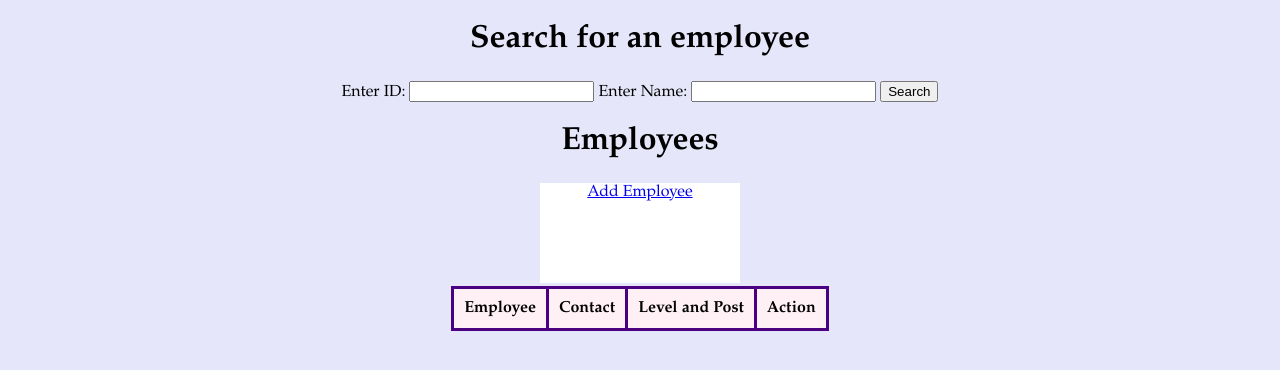
Repository: P9-Analyst-Java/employee-management-abhishekdatta12
Page: http://localhost/spring-expense-tracker/WEB-INF/views/home.jsp
The author's editor kept a copy of each file at every save. The page is drawn from the files as they stood at one save, then again after the next save.
The browser window is 1280 px wide. The pictures show the whole page.
The page is served by Tomcat 9. Nobody is signed in. Other server files are loaded and not shown. The template is opened directly, without the code that normally fills it, so the values that code supplies are empty.

Above is the page before, as saved 2023-02-21 05:28:17.

### spring-portal/spring-expense-tracker/src/main/webapp/WEB-INF/views/home.jsp
<%@ page language="java" isELIgnored="false" contentType="text/html; charset=ISO-8859-1"
    pageEncoding="UTF-8"%>
<%@ taglib prefix="c" uri="http://java.sun.com/jsp/jstl/core"%>
<%@ taglib prefix="form" uri="http://www.springframework.org/tags/form" %>
<c:set var="contextRoot" value="${pageContext.request.contextPath}"/>
<!DOCTYPE html>
<html>
<head>
<style type="text/css">
body{
	font-family: garamond;
	font-size: 16px;
	text-align: center;
	background-color: lavender;
}
div{
	background-color: white;
	margin-left: auto;
  	margin-right: auto;
  	width: 200px;
  	height: 100px;

}

table, th, td{

	text-align: center;
	border: 3px solid indigo;
	border-collapse: collapse;
	padding: 3px;
	margin: 3px;
}
table{
	margin-left: auto;
  	margin-right: auto;
  	background-color: lavenderblush;
}
td{
text-align: center;
background-color: lightcyan;
}
th, td{
	padding: 10px;
}
</style>
<meta charset="ISO-8859-1">
<title>Home</title>
</head>
<body>
	<h1>Search for an employee</h1>

	<form action="${contextRoot}/search" method="post">
	Enter ID: <input  name="id"/>
	Enter Name: <input name="name"/>
	<button type="submit">Search</button>
	</form>

	<h1>Employees</h1>
	<div>
	<a href="${contextRoot}/employee">Add Employee</a>
	</div>
	<table>
	<tr>
	<th>Employee</th>
	<th>Contact</th>
	<th>Level and Post</th>
	<th>Action</th>
	<!-- <th>Last Name</th>
	<th>Gender</th>
	<th>Date Of Birth</th>
	<th>PAN Card Number</th>
	<th>Aadhaar Number</th>
	<th>Mobile Number</th>
	<th>Email ID</th>
	<th>Office Mail</th>
	<th>Permanent Address</th>
	<th>Present Address</th>
	<th>Blood Group</th>
	<th>Profile Picture</th>
	<th>Date of Joining</th>
	<th>Employee Level</th>
	<th>Post Name</th>
	<th>Basic Pay</th>
	<th>House Allowance</th>
	<th>Edit</th>
	<th>Delete</th>-->
	</tr>
	<c:forEach var="employee" items="${employees}">
		<tr>
			<td>${employee.firstName}&nbsp;${employee.lastName}<br/>#${employee.id}</td>

			<td>${employee.mobileNum}<br/>${employee.emailId}</td>

			<td>${employee.empLevel}/<br/>${employee.postName}</td>

			<td><a href="">Employments</a>/<a href="${contextRoot}/employee/${employee.id}">Edit</a>/<a href="${contextRoot}/${employee.id}">Delete</a></td>
			<!-- <td>${employee.id}</td>
			<td>${employee.firstName}</td>
			<td>${employee.lastName}</td>
			<td>${employee.gender}</td>
			<td>${employee.dob}</td>
			<td>${employee.panNum}</td>
			<td>${employee.aadhaarNum}</td>
			<td>${employee.mobileNum}</td>
			<td>${employee.emailId}</td>
			<td>${employee.officeMail}</td>
			<td>${employee.permanentAddress}</td>
			<td>${employee.presentAddress}</td>
			<td>${employee.bloodGroup}</td>
			<td>${employee.profilePict}</td>
			<td>${employee.doj}</td>
			<td>${employee.empLevel}</td>
			<td>${employee.postName}</td>
			<td>${employee.basicPay}</td>
			<td>${employee.houseAllowance}</td>
			<td><a href="${contextRoot}/employee/${employee.id}">Edit</a></td>
			<td><a href="${contextRoot}/${employee.id}">Delete</a></td>-->
		</tr>
	</c:forEach>
	</table>

</body>
</html>

After the next save:
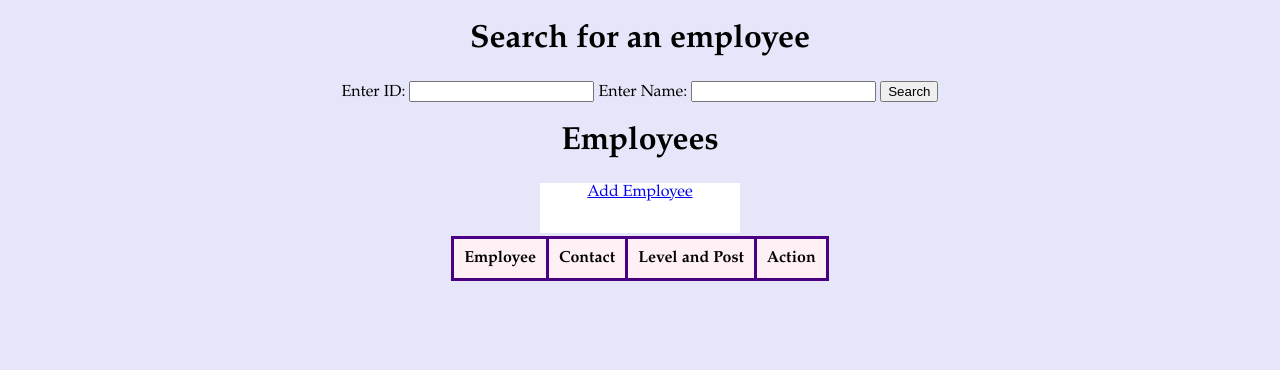
Saved 14 s later.
--- a/spring-portal/spring-expense-tracker/src/main/webapp/WEB-INF/views/home.jsp
+++ b/spring-portal/spring-expense-tracker/src/main/webapp/WEB-INF/views/home.jsp
@@ -18,7 +18,8 @@ div{
 	margin-left: auto;
   	margin-right: auto;
   	width: 200px;
-  	height: 100px;
+  	height: 50px;
+  	align-items: center;
 
 }
 
